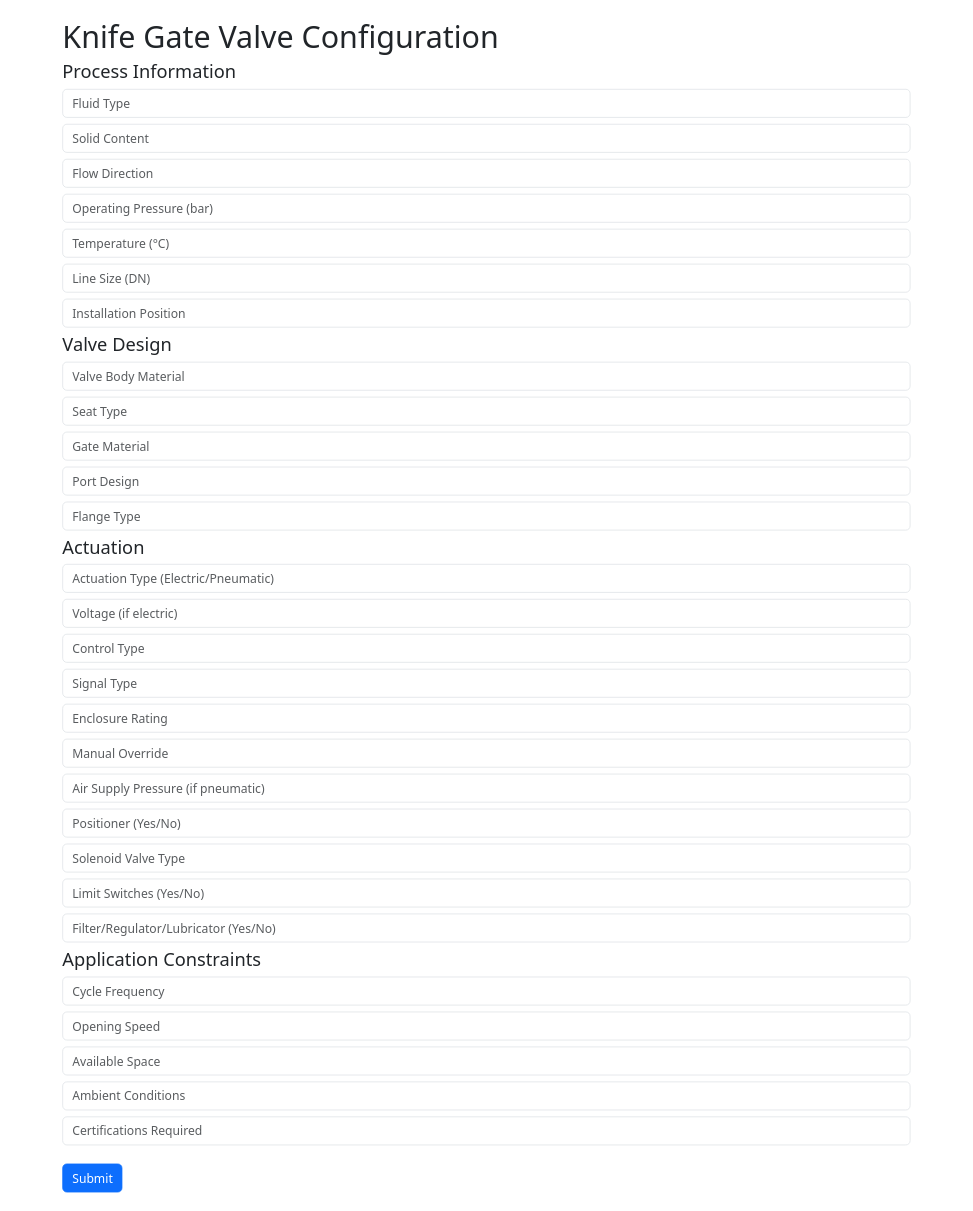
Repository: mauriciodelopez/valve_configurator
Page: http://localhost/
The author's editor kept a copy of each file at every save. The page is drawn from the files as they stood at one save, then again after the next save.
The browser window is 1280 px wide. The pictures show the whole page, at 76% of full size.
The page is served by the project's application, run on Flask 3 (app.py).

Above is the page before, as saved 2025-07-07 12:00:37.

After the next save:
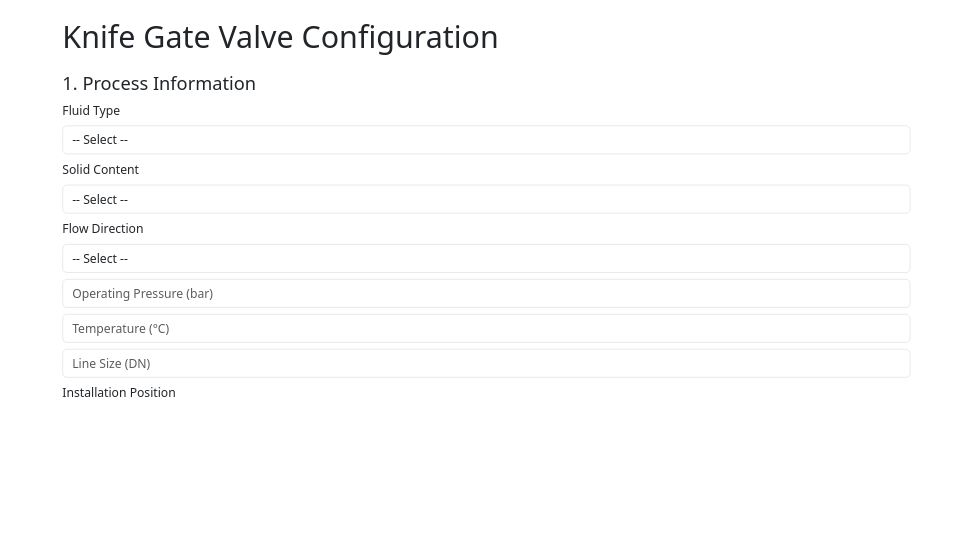
Saved 10 min 28 s later.
--- a/templates/index.html
+++ b/templates/index.html
@@ -9,55 +9,40 @@
   <div class="container">
     <h1>Knife Gate Valve Configuration</h1>
     <form method="POST" action="/generate">
+
       <!-- Process Information -->
-      <h4>Process Information</h4>
-      <input class="form-control mb-2" type="text" name="fluid" placeholder="Fluid Type" required>
-      <input class="form-control mb-2" type="text" name="solid_content" placeholder="Solid Content">
-      <input class="form-control mb-2" type="text" name="flow_direction" placeholder="Flow Direction">
+      <h4 class="mt-4">1. Process Information</h4>
+
+      <label class="form-label">Fluid Type</label>
+      <select class="form-control mb-2" name="fluid" required>
+        <option value="">-- Select --</option>
+        <option>Water</option>
+        <option>Wastewater</option>
+        <option>Slurry</option>
+        <option>Oil</option>
+        <option>Acid</option>
+        <option>Steam</option>
+        <option>Gas</option>
+      </select>
+
+      <label class="form-label">Solid Content</label>
+      <select class="form-control mb-2" name="solid_content">
+        <option value="">-- Select --</option>
+        <option>None</option>
+        <option>Low (e.g. fibers)</option>
+        <option>Medium (e.g. sludge)</option>
+        <option>High (e.g. abrasive slurry)</option>
+      </select>
+
+      <label class="form-label">Flow Direction</label>
+      <select class="form-control mb-2" name="flow_direction">
+        <option value="">-- Select --</option>
+        <option>Unidirectional</option>
+        <option>Bidirectional</option>
+      </select>
+
       <input class="form-control mb-2" type="number" name="pressure" placeholder="Operating Pressure (bar)" required>
       <input class="form-control mb-2" type="number" name="temperature" placeholder="Temperature (°C)" required>
       <input class="form-control mb-2" type="text" name="line_size" placeholder="Line Size (DN)">
-      <input class="form-control mb-2" type="text" name="installation_position" placeholder="Installation Position">
 
-      <!-- Valve Design -->
-      <h4>Valve Design</h4>
-      <input class="form-control mb-2" type="text" name="body_material" placeholder="Valve Body Material">
-      <input class="form-control mb-2" type="text" name="seat_type" placeholder="Seat Type">
-      <input class="form-control mb-2" type="text" name="gate_material" placeholder="Gate Material">
-      <input class="form-control mb-2" type="text" name="port_design" placeholder="Port Design">
-      <input class="form-control mb-2" type="text" name="flange_type" placeholder="Flange Type">
-
-      <!-- Actuation -->
-      <h4>Actuation</h4>
-      <input class="form-control mb-2" type="text" name="actuation_type" placeholder="Actuation Type (Electric/Pneumatic)" required>
-      <input class="form-control mb-2" type="text" name="voltage" placeholder="Voltage (if electric)">
-      <input class="form-control mb-2" type="text" name="control_type" placeholder="Control Type">
-      <input class="form-control mb-2" type="text" name="signal_type" placeholder="Signal Type">
-      <input class="form-control mb-2" type="text" name="enclosure_rating" placeholder="Enclosure Rating">
-      <input class="form-control mb-2" type="text" name="manual_override" placeholder="Manual Override">
-      <input class="form-control mb-2" type="text" name="air_supply" placeholder="Air Supply Pressure (if pneumatic)">
-      <input class="form-control mb-2" type="text" name="positioner" placeholder="Positioner (Yes/No)">
-      <input class="form-control mb-2" type="text" name="solenoid_valve" placeholder="Solenoid Valve Type">
-      <input class="form-control mb-2" type="text" name="limit_switches" placeholder="Limit Switches (Yes/No)">
-      <input class="form-control mb-2" type="text" name="frl" placeholder="Filter/Regulator/Lubricator (Yes/No)">
-
-      <!-- Application Constraints -->
-      <h4>Application Constraints</h4>
-      <input class="form-control mb-2" type="text" name="cycle_frequency" placeholder="Cycle Frequency">
-      <input class="form-control mb-2" type="text" name="opening_speed" placeholder="Opening Speed">
-      <input class="form-control mb-2" type="text" name="space" placeholder="Available Space">
-      <input class="form-control mb-2" type="text" name="conditions" placeholder="Ambient Conditions">
-      <input class="form-control mb-2" type="text" name="certifications" placeholder="Certifications Required">
-
-      <button class="btn btn-primary mt-3" type="submit">Submit</button>
-    </form>
-
-    {% if result %}
-    <div class="alert alert-success mt-4">
-      <strong>{{ result }}</strong>
-      <pre>{{ data | tojson(indent=2) }}</pre>
-    </div>
-    {% endif %}
-  </div>
-</body>
-</html>
+      <label class="form-label">Installation Position</label>
